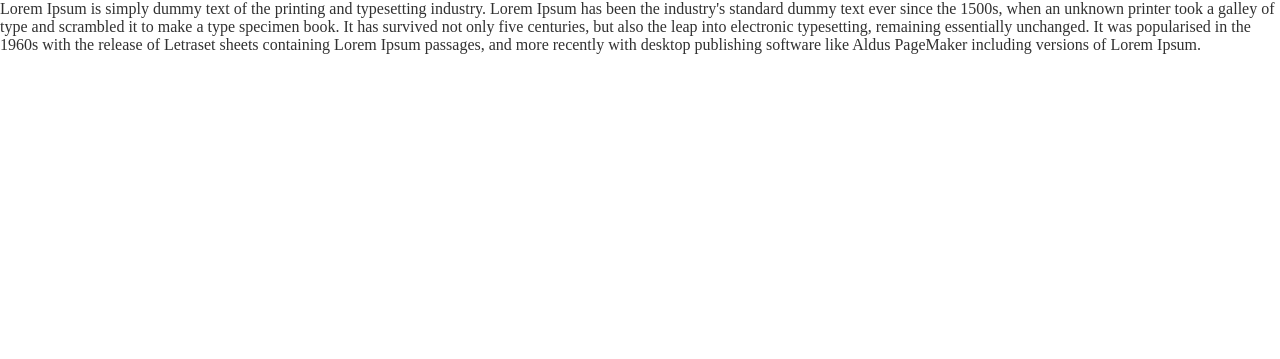
Repository: AbiezerSidonioJoseOdanacaJunior/projeto-travelgram
Page: index.html
The author's editor kept a copy of each file at every save. The page is drawn from the files as they stood at one save, then again after the next save.
The browser window is 1280 px wide. The pictures show the whole page.
Some web fonts or font styles are not loaded; a fallback is used.

Above is the page before, as saved 2024-11-12 15:41:31.

After the next save:
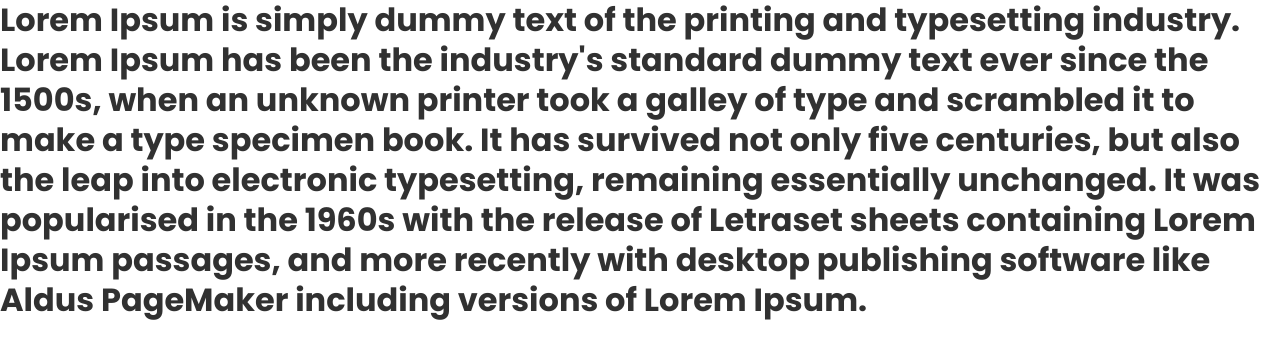
Saved 83 s later.
--- a/styles/global.css
+++ b/styles/global.css
@@ -23,5 +23,5 @@
 body {
     color: var(--text-color-primary);
     background-color: var(--backgoround-clor);
-    font-family: var(--text-lg);
+    font: var(--text-lg);
 }
